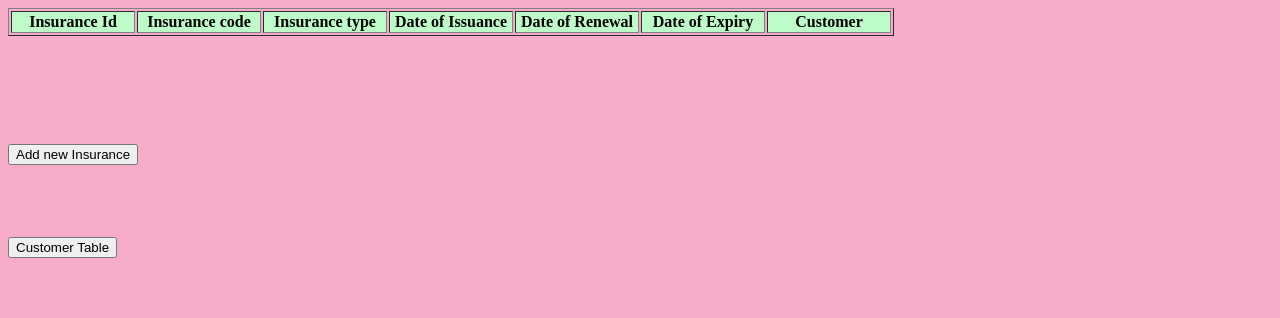
Repository: ankitasha/HomeProject
Page: http://localhost/insurance/WEB-INF/views/allinsurance.jsp
An editor plug-in stored every save of this project. The page is shown before and after the next save, followed by the edit.
The browser window is 1280 px wide. The pictures show the whole page.
The page is served by Tomcat 9. Nobody is signed in. The template is opened directly, without the code that normally fills it, so the values that code supplies are empty.

Above is the page before, as saved 2017-05-05 12:45:26.

After the next save:
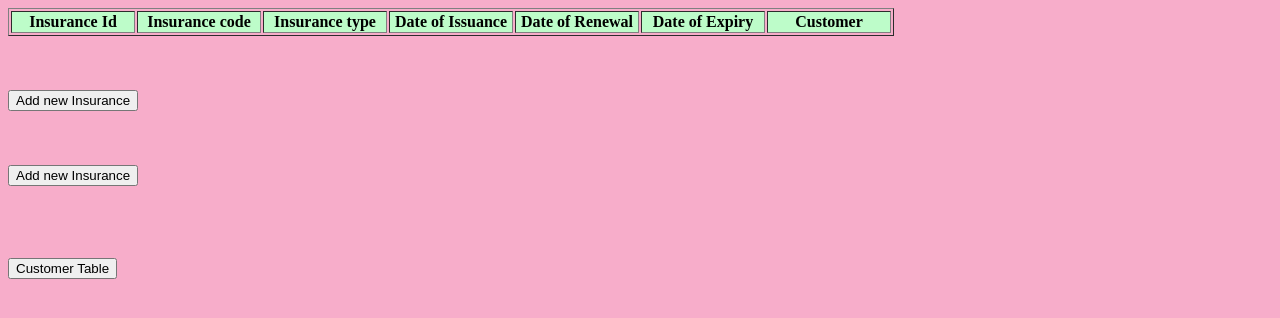
Saved 4 min 9 s later.
--- a/insurance/src/main/webapp/WEB-INF/views/allinsurance.jsp
+++ b/insurance/src/main/webapp/WEB-INF/views/allinsurance.jsp
@@ -68,6 +68,9 @@
     <br>
     <br>
     <br>
+    <form method="get" action="sortInsuranceByDateOfIssuance">
+    	<button id="addnew" type="submit">Add new Insurance</button>
+    </form>
     <br>
     <br>
     <br>
